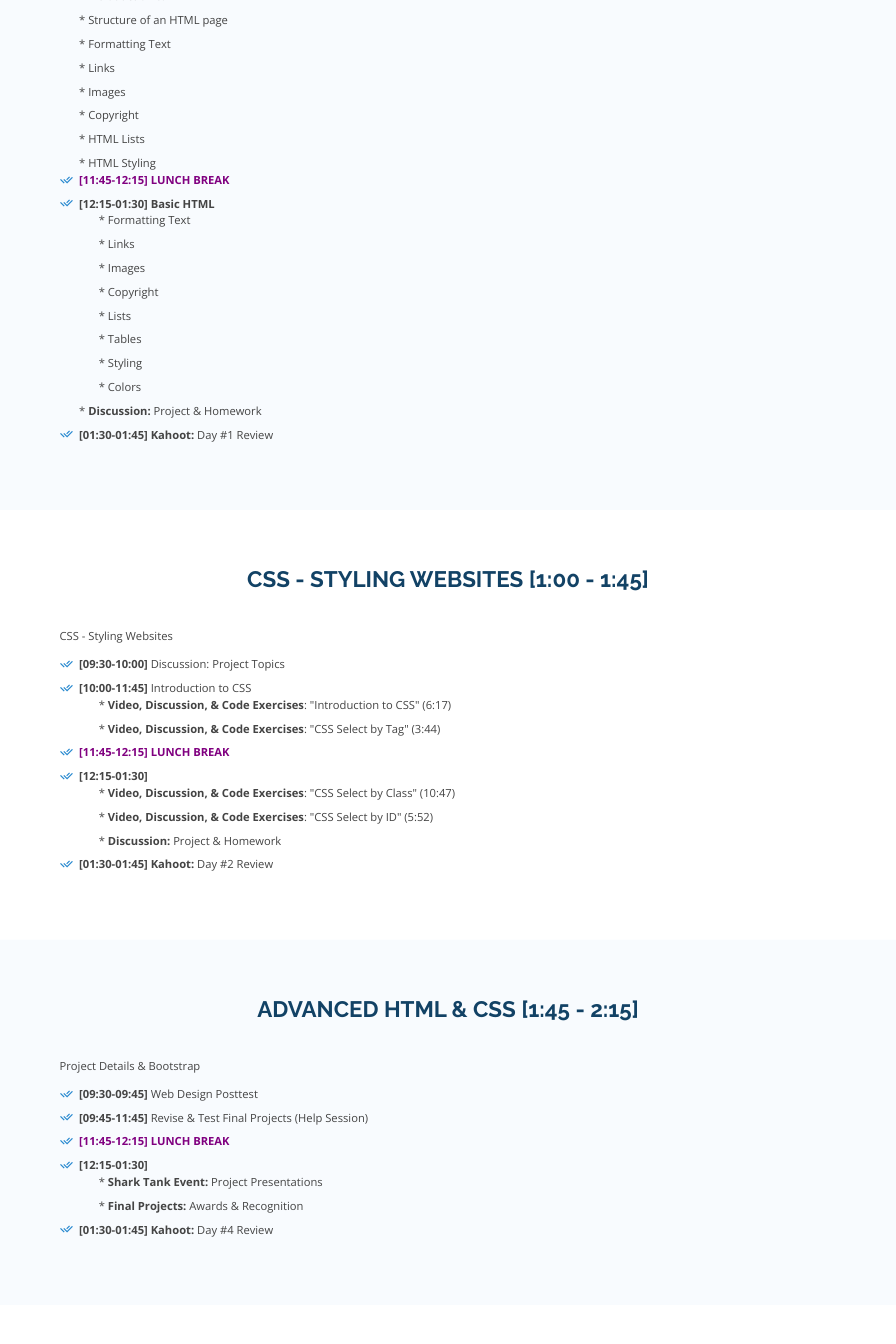
Repository: cchatmon/BMIT-Program
Page: BMIT_OnePage/index.html
The author's editor kept a record of every edit. The page is drawn from the files as they stood at one moment, then again after the next edit.
The browser window is 1280 px wide. The pictures show the part of the page from y = 1199 to 3119 px (the page is 4177 px tall before and 3789 px after), at 70% of full size.
Backgrounds fixed to the window are drawn as part of the page.

Above is the page before.

### BMIT_OnePage/index.html
<!DOCTYPE html>
<html lang="en">

<head>
  <meta charset="utf-8">
  <meta content="width=device-width, initial-scale=1.0" name="viewport">

  <title>FSU BMIT Program</title>
  <meta content="" name="descriptison">
  <meta content="" name="keywords">

  <!-- Favicons -->
  <link href="assets/img/favicon.png" rel="icon">
  <link href="assets/img/apple-touch-icon.png" rel="apple-touch-icon">

  <!-- Google Fonts -->
  <link href="https://fonts.googleapis.com/css?family=Open+Sans:300,300i,400,400i,600,600i,700,700i|Raleway:300,300i,400,400i,500,500i,600,600i,700,700i|Poppins:300,300i,400,400i,500,500i,600,600i,700,700i" rel="stylesheet">

  <!-- Vendor CSS Files -->
  <link href="assets/vendor/bootstrap/css/bootstrap.min.css" rel="stylesheet">
  <link href="assets/vendor/icofont/icofont.min.css" rel="stylesheet">
  <link href="assets/vendor/boxicons/css/boxicons.min.css" rel="stylesheet">
  <link href="assets/vendor/remixicon/remixicon.css" rel="stylesheet">
  <link href="assets/vendor/venobox/venobox.css" rel="stylesheet">
  <link href="assets/vendor/owl.carousel/assets/owl.carousel.min.css" rel="stylesheet">
  <link href="assets/vendor/aos/aos.css" rel="stylesheet">

  <!-- Template Main CSS File -->
  <link href="assets/css/style.css" rel="stylesheet">

  <!-- =======================================================
  * Template Name: OnePage - v2.0.0
  * Template URL: https://bootstrapmade.com/onepage-multipurpose-bootstrap-template/
  * Author: BootstrapMade.com
  * License: https://bootstrapmade.com/license/
  ======================================================== -->
</head>

<body>

  <!-- ======= Header ======= -->
  <header id="header" class="fixed-top">
    <div class="container d-flex align-items-center">

      <h1 class="logo mr-auto"><a href="index.html">FSU BMIT Program</a></h1>
      <!-- Uncomment below if you prefer to use an image logo -->
      <!-- <a href="index.html" class="logo mr-auto"><img src="assets/img/logo.png" alt="" class="img-fluid"></a>-->

      <nav class="nav-menu d-none d-lg-block">
        <ul>
          <li><a href="#getStarted">Getting Started</a></li>
          <li><a href="#htmlStructure">HTML - Structuring Websites</a></li>
          <li><a href="#cssStyling">CSS - Styling Websites</a></li>
          <li><a href="#advanceHTML">Advance HTML & CSS</a></li>
          <li><a href="#userInterface">Designing User Interfaces</a></li>
          <li><a href="#finalProject">Final Project</a></li>
        </ul>
      </nav><!-- .nav-menu -->
    </div>
  </header><!-- End Header -->

  <!-- ======= Hero Section ======= -->
  <section id="hero" class="d-flex align-items-center">
    <div class="container position-relative" data-aos="fade-up" data-aos-delay="100">
      <div class="row justify-content-center">
        <div class="col-xl-7 col-lg-9 text-center">
          <h1>BMIT Web Design Training</h1>
          <h2>Instructor:  Christy Chatmon</h2>
        </div>
      </div>
      </div>
  </section><!-- End Hero -->

  <main id="main">

    <!-- ======= Get Started ======= -->
    <section id="getStarted" class="about">
      <div class="container" data-aos="fade-up">

        <div class="section-title">
          <h2>Getting Started [11:45 - 12:15]</h2>
          <p>Getting Started & Structuring Websites using HTML </p>
        </div>

        <div class="row content">
          <div class="col-lg-12">
            <p>In today's world, web pages are the most common medium for sharing ideas and information.  Learning to design websites is an incredibly useful skill for any career path. The CodeHS Web Design course is a project-based course that teaches students how to build their own web pages. Students will learn the languages HTML and CSS, and will create their own live homepages to serve as portfolios of their creations. By the end of this session, students will be able to explain how web pages are developed and viewed on the Internet,analyze and fix errors in existing websites, and create their very own multi-page websites.  Students will learn the foundations of user interface design, rapid prototyping and user testing,and will work to create professional, mobile responsive websites.
            </p>
            <ul>
              <li><i class="ri-check-double-line"></i><b>[11:45-12:15]</b> Introductions & CodeHS
                  <ul>
                    <li>* <a href="https://codehs.com/go/6C265"><u>Click to go to CodeHS</u></a></li>
                    <li>* Use the following code to join the class:  <b style="color:red;">6C265</b></li>
                    <li>* Web Development Resources:
                          <ul>
                            <li><a href="https://www.w3schools.com/">-- <u>w3schools Online Web Tutorials</u></a></li>
                            <li><a href="https://www.tutorialspoint.com/html/index.htm">-- <u>Tutorialspoint</u></a></li>
                            <li><a href="https://html.com/">-- <u>Learn HTML Code, Tags & CSS</u></a></li>
                          </ul>
                    </li>
                  </ul>
              </li>

              <li><i class="ri-check-double-line"></i><b>[12:15-12:30]</b> Web Design Pretest (15 questions)</li>


            </ul>
          </div>
        </div>
      </div>
    </section>    <!-- =======END Get Started ======= -->


    <!-- ======= HTML Structure ======= -->
    <section id="htmlStructure" class="services section-bg">
      <div class="container" data-aos="fade-up">

        <div class="section-title">
          <h2>HTML - Structuring Websites [12:15 - 1:00]</h2>
        </div>


        <div class="row content">
          <div class="col-lg-12">

            <h4>Topics:</h4>
            <ul>
                  <ul>
                    <li>* Introduction to HTML </li>
                    <li>* Structure of an HTML page </li>
                    <li>* Formatting Text </li>
                    <li>* Links </li>
                    <li>* Images </li>
                    <li>* Copyright </li>
                    <li>* HTML Lists </li>
                    <li>* HTML Styling </li>
                  </ul>
                </li>
                <li><i class="ri-check-double-line"></i><b style="color:purple;">[11:45-12:15]  LUNCH BREAK </b>
                </li>
                <li><i class="ri-check-double-line"></i><b>[12:15-01:30]  Basic HTML</b>
                    <ul>
                        <li>* Formatting Text</li>
                        <li>* Links</li>
                        <li>* Images</li>
                        <li>* Copyright</li>
                        <li>* Lists</li>
                        <li>* Tables</li>
                        <li>* Styling</li>
                        <li>* Colors</li>
                      </ul>
                </li>
                <li>* <b>Discussion:</b>  Project & Homework </li>
                <li><i class="ri-check-double-line"></i><b>[01:30-01:45]  Kahoot:</b>  Day #1 Review
              </li>

            </ul>
          </div>
        </div>
      </div>
    </section>    <!-- ======= END HTML Structure ======= -->

    <!-- ======= CSS Styling ======= -->
    <section id="cssStyling" class="portfolio">
      <div class="container" data-aos="fade-up">

        <div class="section-title">
          <h2>CSS - Styling Websites [1:00 - 1:45]</h2>
        </div>


        <div class="row content">
          <div class="col-lg-12">
            <p>CSS - Styling Websites
            </p>
            <ul>
              <li><i class="ri-check-double-line"></i><b>[09:30-10:00]</b> Discussion:  Project Topics</li>

              <li><i class="ri-check-double-line"></i><b>[10:00-11:45]</b> Introduction to CSS
                  <ul>
                    <li>* <b>Video, Discussion, & Code Exercises</b>: "Introduction to CSS" (6:17) </li>
                    <li>* <b>Video, Discussion, & Code Exercises</b>:  "CSS Select by Tag" (3:44) </li>
                  </ul>
                </li>
                <li><i class="ri-check-double-line"></i><b style="color:purple;">[11:45-12:15]  LUNCH BREAK </b>
                </li>
                <li><i class="ri-check-double-line"></i><b>[12:15-01:30]</b>
                <ul>
                    <li>* <b>Video, Discussion, & Code Exercises</b>:  "CSS Select by Class" (10:47) </li>
                    <li>* <b>Video, Discussion, & Code Exercises</b>: "CSS Select by ID" (5:52) </li>
                    <li>* <b>Discussion:</b>  Project & Homework </li>
                  </ul>
              </li>
                <li><i class="ri-check-double-line"></i><b>[01:30-01:45]  Kahoot:</b>   Day #2 Review
              </li>

            </ul>
          </div>
        </div>
      </div>
    </section>    <!-- ======= END CSS Styling ======= -->

    <!-- ======= Advance HTML & CSS ======= -->
    <section id="advanceHTML" class="team section-bg">
      <div class="container" data-aos="fade-up">

        <div class="section-title">
          <h2>Advanced HTML & CSS [1:45 - 2:15]</h2>
        </div>


        <div class="row content">
          <div class="col-lg-12">
            <p>Project Details & Bootstrap
            </p>
            <ul>
               <li><i class="ri-check-double-line"></i><b>[09:30-09:45]</b> Web Design Posttest</li>

              <li><i class="ri-check-double-line"></i><b>[09:45-11:45]</b> Revise & Test Final Projects (Help Session)
                </li>
                <li><i class="ri-check-double-line"></i><b style="color:purple;">[11:45-12:15]  LUNCH BREAK </b>
                </li>
                <li><i class="ri-check-double-line"></i><b>[12:15-01:30]</b>
                <ul>
                    <li>*  <b>Shark Tank Event:</b>  Project Presentations  </li>

                    <li>*  <b>Final Projects:  </b>Awards & Recognition  </li>
                  </ul>
              </li>
                <li><i class="ri-check-double-line"></i><b>[01:30-01:45]  Kahoot:</b>  Day #4 Review
              </li>

            </ul>
          </div>
        </div>
      </div>
    </section>    <!-- ======= END Advance HTML & CSS ======= -->

        <!-- ======= Designing User Interfaces ======= -->
    <section id="userInterface" class="about">
      <div class="container" data-aos="fade-up">

        <div class="section-title">
          <h2>Designing User Interfaces (Optional)</h2>
        </div>


        <div class="row content">
          <div class="col-lg-12">
            <p>Project Details & Bootstrap
            </p>
            <ul>
               <li><i class="ri-check-double-line"></i><b>[09:30-09:45]</b> Web Design Posttest</li>

              <li><i class="ri-check-double-line"></i><b>[09:45-11:45]</b> Revise & Test Final Projects (Help Session)
                </li>
                <li><i class="ri-check-double-line"></i><b style="color:purple;">[11:45-12:15]  LUNCH BREAK </b>
                </li>
                <li><i class="ri-check-double-line"></i><b>[12:15-01:30]</b>
                <ul>
                    <li>*  <b>Shark Tank Event:</b>  Project Presentations  </li>

                    <li>*  <b>Final Projects:  </b>Awards & Recognition  </li>
                  </ul>
              </li>
                <li><i class="ri-check-double-line"></i><b>[01:30-01:45]  Kahoot:</b>  Day #4 Review
              </li>

            </ul>
          </div>
        </div>
      </div>
    </section><!-- ======= END Designing User Interfaces ======= -->

    <!-- ======= Final Project ======= -->
    <section id="finalProject" class="team section-bg">
      <div class="container" data-aos="fade-up">

        <div class="section-title">
          <h2>Final Project [2:15 - 2:30]</h2>
        </div>


        <div class="row content">
          <div class="col-lg-12">
            <p>Project Details & Bootstrap
            </p>
            <ul>
               <li><i class="ri-check-double-line"></i><b>[09:30-09:45]</b> Web Design Posttest</li>

              <li><i class="ri-check-double-line"></i><b>[09:45-11:45]</b> Revise & Test Final Projects (Help Session)
                </li>
                <li><i class="ri-check-double-line"></i><b style="color:purple;">[11:45-12:15]  LUNCH BREAK </b>
                </li>
                <li><i class="ri-check-double-line"></i><b>[12:15-01:30]</b>
                <ul>
                    <li>*  <b>Shark Tank Event:</b>  Project Presentations  </li>

                    <li>*  <b>Final Projects:  </b>Awards & Recognition  </li>
                  </ul>
              </li>
                <li><i class="ri-check-double-line"></i><b>[01:30-01:45]  Kahoot:</b>  Day #4 Review
              </li>

            </ul>
          </div>
        </div>
      </div>
    </section> <!-- ======= END Final Project ======= -->


  </main><!-- End #main -->

  <!-- ======= Footer ======= -->
  <footer id="footer">

    <div class="container d-md-flex py-4">

      <div class="mr-md-auto text-center text-md-left">
        <div class="copyright">
          &copy; Copyright <strong><span>FSU BMIT Program 2022</span></strong>. All Rights Reserved
        </div>

  </footer><!-- End Footer -->

  <a href="#" class="back-to-top"><i class="ri-arrow-up-line"></i></a>
  <div id="preloader"></div>

  <!-- Vendor JS Files -->
  <script src="assets/vendor/jquery/jquery.min.js"></script>
  <script src="assets/vendor/bootstrap/js/bootstrap.bundle.min.js"></script>
  <script src="assets/vendor/jquery.easing/jquery.easing.min.js"></script>
  <script src="assets/vendor/php-email-form/validate.js"></script>
  <script src="assets/vendor/waypoints/jquery.waypoints.min.js"></script>
  <script src="assets/vendor/counterup/counterup.min.js"></script>
  <script src="assets/vendor/venobox/venobox.min.js"></script>
  <script src="assets/vendor/owl.carousel/owl.carousel.min.js"></script>
  <script src="assets/vendor/isotope-layout/isotope.pkgd.min.js"></script>
  <script src="assets/vendor/aos/aos.js"></script>

  <!-- Template Main JS File -->
  <script src="assets/js/main.js"></script>

</body>

</html>

Loaded but not shown: BMIT_OnePage/assets/vendor/bootstrap/css/bootstrap.min.css (library); BMIT_OnePage/assets/vendor/icofont/icofont.min.css (library); BMIT_OnePage/assets/vendor/boxicons/css/boxicons.min.css (library); BMIT_OnePage/assets/vendor/remixicon/remixicon.css (library); BMIT_OnePage/assets/vendor/venobox/venobox.css (library); BMIT_OnePage/assets/vendor/owl.carousel/assets/owl.carousel.min.css (library); BMIT_OnePage/assets/vendor/aos/aos.css (library); BMIT_OnePage/assets/vendor/jquery/jquery.min.js (library); BMIT_OnePage/assets/vendor/bootstrap/js/bootstrap.bundle.min.js (library); BMIT_OnePage/assets/vendor/jquery.easing/jquery.easing.min.js (common file); BMIT_OnePage/assets/vendor/php-email-form/validate.js (library); BMIT_OnePage/assets/vendor/waypoints/jquery.waypoints.min.js (library); BMIT_OnePage/assets/vendor/counterup/counterup.min.js (common file); BMIT_OnePage/assets/vendor/venobox/venobox.min.js (library); BMIT_OnePage/assets/vendor/owl.carousel/owl.carousel.min.js (library); BMIT_OnePage/assets/vendor/isotope-layout/isotope.pkgd.min.js (library); BMIT_OnePage/assets/vendor/aos/aos.js (library); BMIT_OnePage/assets/js/main.js (207 lines, source omitted); BMIT_OnePage/assets/css/style.css (2029 lines, source omitted)

After the next edit:
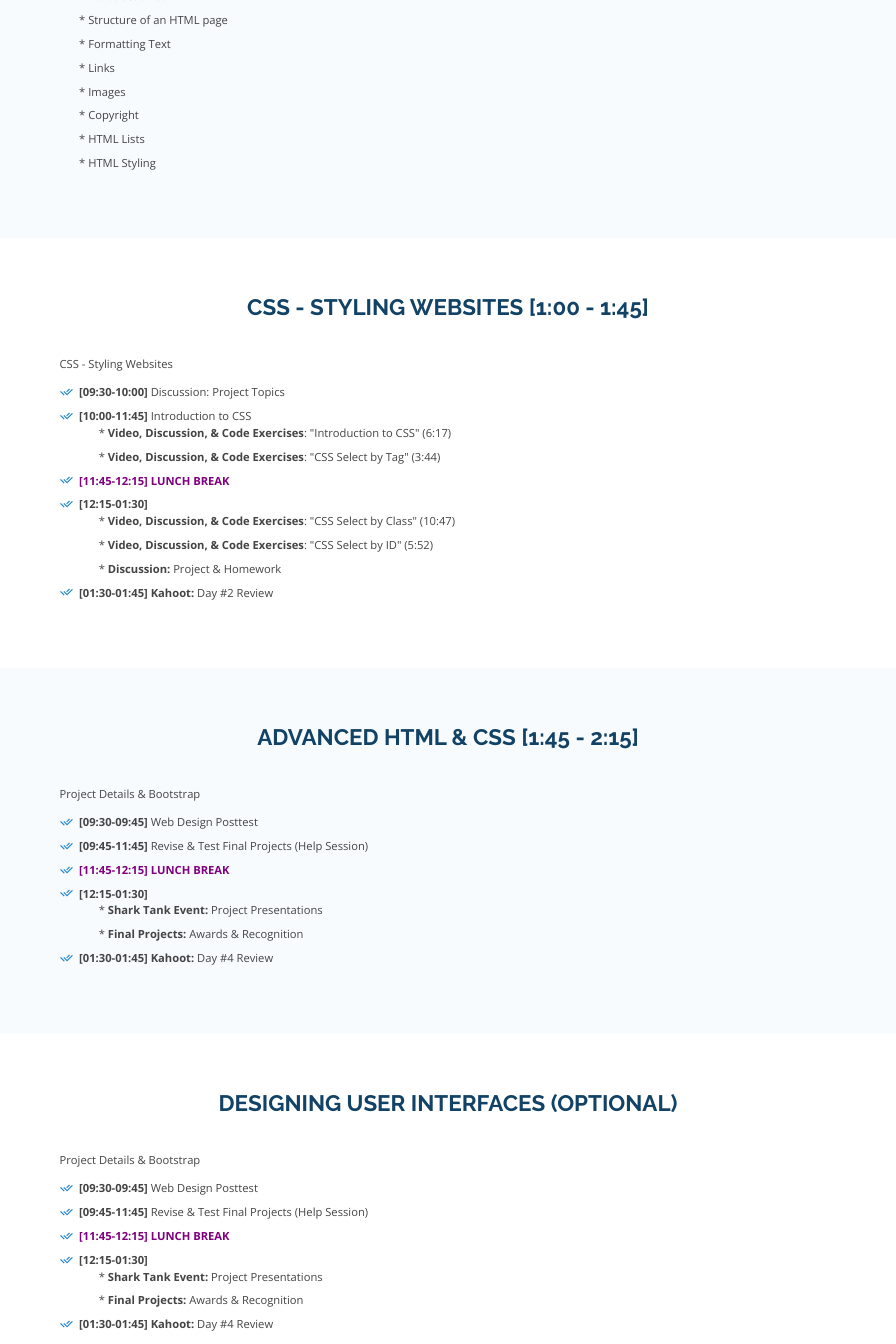
The edit:
--- a/BMIT_OnePage/index.html
+++ b/BMIT_OnePage/index.html
@@ -136,24 +136,6 @@
                     <li>* HTML Styling </li>
                   </ul>
                 </li>
-                <li><i class="ri-check-double-line"></i><b style="color:purple;">[11:45-12:15]  LUNCH BREAK </b>
-                </li>
-                <li><i class="ri-check-double-line"></i><b>[12:15-01:30]  Basic HTML</b>
-                    <ul>
-                        <li>* Formatting Text</li>
-                        <li>* Links</li>
-                        <li>* Images</li>
-                        <li>* Copyright</li>
-                        <li>* Lists</li>
-                        <li>* Tables</li>
-                        <li>* Styling</li>
-                        <li>* Colors</li>
-                      </ul>
-                </li>
-                <li>* <b>Discussion:</b>  Project & Homework </li>
-                <li><i class="ri-check-double-line"></i><b>[01:30-01:45]  Kahoot:</b>  Day #1 Review
-              </li>
-
             </ul>
           </div>
         </div>
